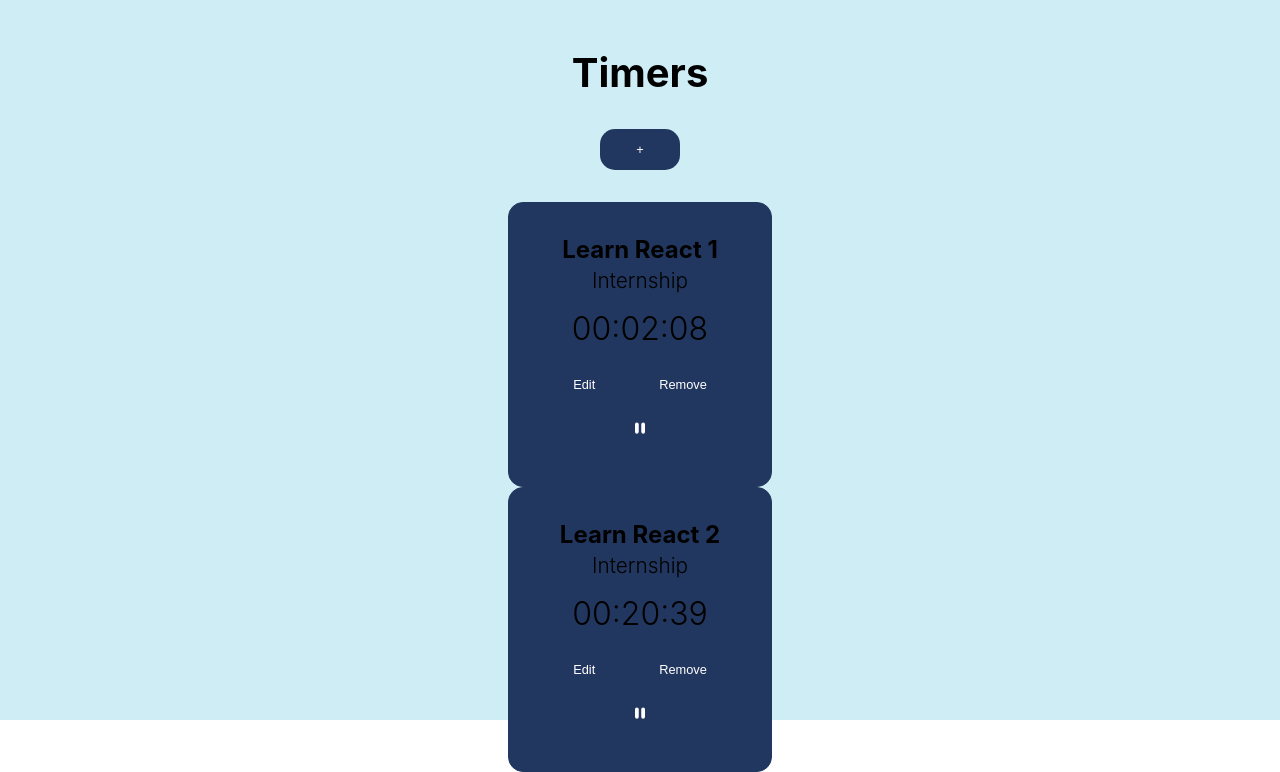
Repository: dqhuy153/react-timer
Page: /
The author's editor kept a copy of each file at every save. The page is drawn from the files as they stood at one save, then again after the next save.
The browser window is 1280 px wide. The pictures show the whole page.
The project was rebuilt for these pictures with package versions that can differ from the ones it lists, and the page was loaded fresh each time. Also part of the build but not shown: src/components/TimerForm/TimerForm.module.scss, src/components/TimerForm/index.jsx, src/components/EditableTimerForm/EditableTimerForm.module.scss.

Above is the page before, as saved 2021-10-26 17:27:21.

### src/index.css
* {
  padding: 0;
  margin: 0;
  box-sizing: border-box;
}

body {
  margin: 0;
  font-family: -apple-system, BlinkMacSystemFont, 'Segoe UI', 'Roboto', 'Oxygen',
    'Ubuntu', 'Cantarell', 'Fira Sans', 'Droid Sans', 'Helvetica Neue',
    sans-serif;
  -webkit-font-smoothing: antialiased;
  -moz-osx-font-smoothing: grayscale;

  font-size: 62.5%;
}

code {
  font-family: source-code-pro, Menlo, Monaco, Consolas, 'Courier New',
    monospace;
}

### src/App.js
import { useEffect, useRef, useState } from 'react';
import './App.scss';

import EditableTimerForm from './components/EditableTimerForm';
import ToggleableTimerForm from './components/ToggeableTimerForm';
import { newTimer } from './utils/TimerUtils';

function App() {
  const timerRef = useRef();
  const [timers, setTimers] = useState([
    {
      id: 1,
      title: 'Learn React 1',
      project: 'Internship',
      time: 123454,
      isRunning: true,
    },
    {
      id: 2,
      title: 'Learn React 2',
      project: 'Internship',
      time: 1234545,
      isRunning: true,
    },
  ]);

  const handleUpdateTimer = (data) => {
    let newTimers;

    //if has no id, create a new one
    if (!data.id) {
      newTimers = [
        newTimer({
          title: data.title,
          project: data.project,
        }),
        ...timers,
      ];
    }
    //update existing timer
    else {
      newTimers = timers.map((timer, idx) => {
        if (timer.id === data.id) {
          return {
            ...timer,
            title: data.title,
            project: data.project,
          };
        }

        return timer;
      });
    }

    setTimers(newTimers);
  };

  useEffect(() => {
    clearTimeout(timerRef.current);

    timerRef.current = setTimeout(() => {
      const newTimers = timers.map((timer, idx) => {
        if (timer.isRunning)
          return {
            ...timer,
            time: timer.time + 1000,
          };

        return timer;
      });

      setTimers(newTimers);
    }, 1000);
  }, [timers]);

  return (
    <div className="App">
      <div className="body">
        <h1>Timers</h1>

        <ToggleableTimerForm onUpdate={handleUpdateTimer} />

        {timers.map((timer) => {
          return (
            <EditableTimerForm
              key={timer.id}
              id={timer.id}
              title={timer.title}
              project={timer.project}
              timer={timer.time}
              isRunning={timer.isRunning}
            />
          );
        })}
      </div>
    </div>
  );
}

export default App;

### src/App.scss
.App {
  background: #ceedf5;
}

.body {
  display: flex;
  justify-content: flex-start;
  align-items: center;
  flex-direction: column;
  padding: 3rem 0;
  height: 100vh;

  h1 {
    font-size: 2.5rem;
  }
}

### src/components/EditableTimerForm/index.jsx
import React, { useState } from 'react';
import Timer from '../Timer';
import TimerForm from '../TimerForm';

import styles from './EditableTimerForm.module.scss';

const EditableTimerForm = ({
  id,
  title,
  project,
  timer,
  isRunning,
  onUpdate,
  onRemove,
  onTimerClick,
}) => {
  const [isEdit, setIsEdit] = useState(false);

  const handleOpenEdit = () => {
    setIsEdit(true);
  };

  const handleCloseEdit = () => {
    setIsEdit(false);
  };

  const handleUpdate = (data) => {
    onUpdate(data);
    handleOpenEdit();
  };

  const content = isEdit ? (
    <TimerForm
      id={id}
      title={title}
      project={project}
      timer={timer}
      onCancel={handleCloseEdit}
      onUpdate={handleUpdate}
    />
  ) : (
    <Timer
      id={id}
      title={title}
      project={project}
      timer={timer}
      isRunning={isRunning}
      onEdit={handleOpenEdit}
      onRemove={onRemove}
      onTimerClick={onTimerClick}
    />
  );

  return <div className={styles.container}>{content}</div>;
};

export default EditableTimerForm;

### src/components/ToggeableTimerForm/index.jsx
import { useState } from 'react';
import Button from '../Button';
import TimerForm from '../TimerForm';

import styles from './ToggleableTimerForm.module.scss';

const ToggleableTimerForm = ({ onUpdate, ...props }) => {
  const [isOpen, setIsOpen] = useState(false);

  const handleOpenForm = () => {
    setIsOpen(true);
  };

  const handleCloseForm = () => {
    setIsOpen(false);
  };

  const handleUpdate = (data) => {
    onUpdate(data);
    handleCloseForm();
  };

  const content = isOpen ? (
    <TimerForm onCancel={handleCloseForm} onUpdate={handleUpdate} />
  ) : (
    <Button onClick={handleOpenForm}>+</Button>
  );

  return <div className={styles.container}>{content}</div>;
};

export default ToggleableTimerForm;

### src/utils/TimerUtils.js
import { v4 as uuidv4 } from 'uuid';

export const millisecondsToHuman = (ms) => {
  const seconds = Math.floor((ms / 1000) % 60);
  const minutes = Math.floor((ms / 1000 / 60) % 60);
  const hours = Math.floor(ms / 1000 / 60 / 60);

  const humanized = [
    pad(hours.toString(), 2),
    pad(minutes.toString(), 2),
    pad(seconds.toString(), 2),
  ].join(':');

  return humanized;
};

const pad = (numberString, size) => {
  let padded = numberString;
  while (padded.length < size) {
    padded = `0${padded}`;
  }
  return padded;
};

export const newTimer = (attrs = {}) => {
  const timer = {
    title: attrs.title || 'Timer',
    project: attrs.project || 'Project',
    id: uuidv4(),
    time: 0,
    isRunning: false,
  };

  return timer;
};

### src/components/Timer/index.jsx
import React from 'react';
import { BsPauseFill, BsPlayFill } from 'react-icons/bs';

import { millisecondsToHuman } from '../../utils/TimerUtils';
import Button from '../Button';
import styles from './Timer.module.scss';

const Timer = ({
  title,
  project,
  timer,
  isRunning,
  onEdit,
  onRemove,
  onTimerClick,
}) => {
  const buttonLabel = isRunning ? (
    <BsPauseFill size={20} />
  ) : (
    <BsPlayFill size={20} />
  );

  return (
    <div className={styles.container}>
      <h2>{title}</h2>
      <p>{project}</p>
      <p className={styles.timer}>{millisecondsToHuman(timer)}</p>

      <div>
        <Button onClick={onEdit}>Edit</Button>
        <Button onClick={onRemove}>Remove</Button>
      </div>

      <Button className={styles.timer_btn} onClick={onTimerClick}>
        {buttonLabel}
      </Button>
    </div>
  );
};

export default Timer;

### src/components/Button/index.jsx
import React from 'react';

import styles from './Button.module.scss';

const Button = ({
  children,
  onClick,
  className,
  bgColor = '#22375f',
  color = '#fff',
  hoverColor = '#22375f',
  hoverBgColor = '#fff',
  ...rest
}) => {
  return (
    <button
      style={{
        '--bg-color': bgColor,
        '--color': color,
        '--hover-color': hoverColor,
        '--hover-bg-color': hoverBgColor,
      }}
      className={`${styles.container} ${className}`}
      onClick={onClick}
      children={children}
      {...rest}
    ></button>
  );
};

export default Button;

### src/components/ToggeableTimerForm/ToggleableTimerForm.module.scss
.container {
  margin: 2rem;
}

### src/components/Timer/Timer.module.scss
.container {
  text-align: center;
  border: 1px solid #22375f;
  padding: 2rem;
  border-radius: 15px;
  background: #22375f;

  h2 {
    font-size: 1.5rem;
    margin-bottom: 0.3rem;
  }
  p {
    font-size: 1.3rem;
    font-weight: 300;
    margin-bottom: 1rem;
  }

  .timer {
    font-size: 2rem;
  }
}

### src/components/Button/Button.module.scss
.container {
  padding: 0.8rem 2rem;
  min-width: 5rem;
  border: none;
  color: var(--color);
  border-radius: 15px;
  background: var(--bg-color);
  font-size: 0.8rem;
  cursor: pointer;
  transition: all 0.2s linear;

  &:hover {
    box-shadow: rgba(100, 100, 111, 0.3) 0px 7px 29px 0px;
    background: var(--hover-bg-color);
    color: var(--hover-color);
    font-weight: bold;
  }

  &:active {
    transform: translateY(2px);
  }
}

Loaded but not shown: public/index.html (common file); src/index.js (common file); src/reportWebVitals.js (common file)

After the next save:
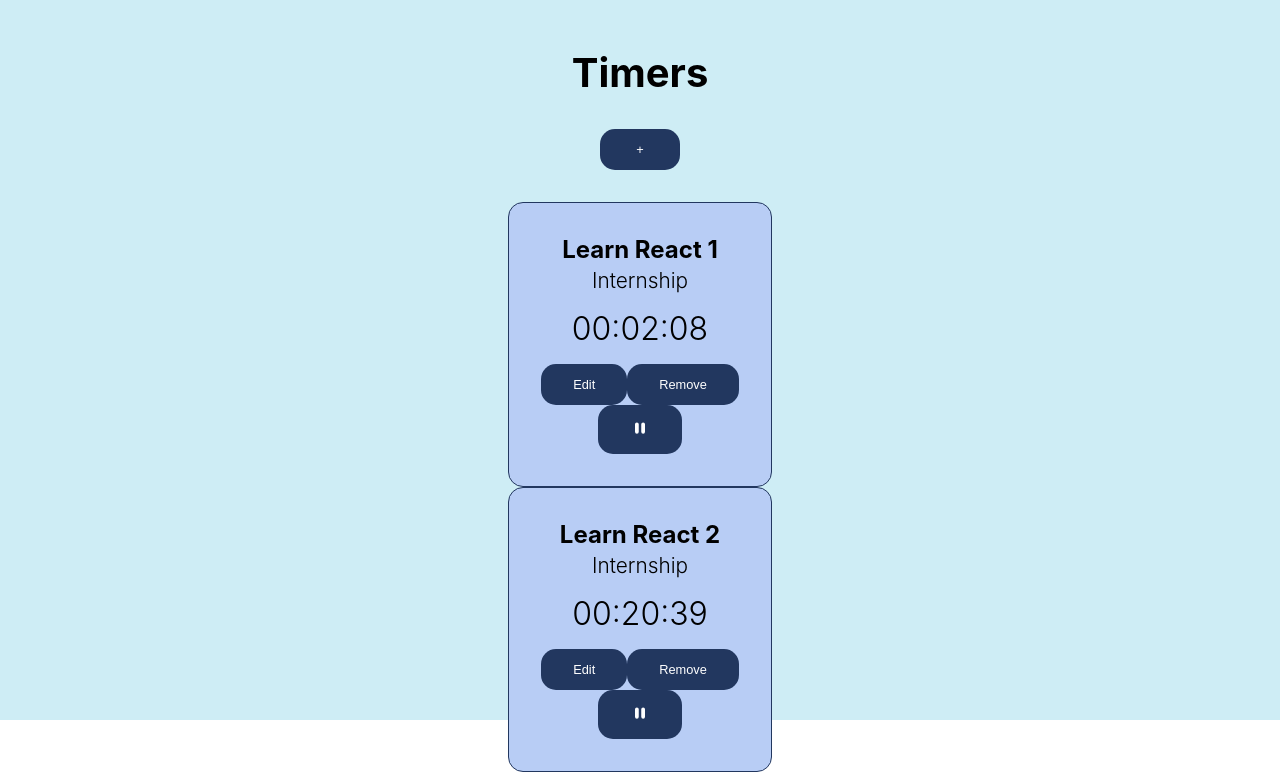
Saved 8 s later.
--- a/src/components/Timer/Timer.module.scss
+++ b/src/components/Timer/Timer.module.scss
@@ -3,7 +3,7 @@
   border: 1px solid #22375f;
   padding: 2rem;
   border-radius: 15px;
-  background: #22375f;
+  background: #b8cdf5;
 
   h2 {
     font-size: 1.5rem;
